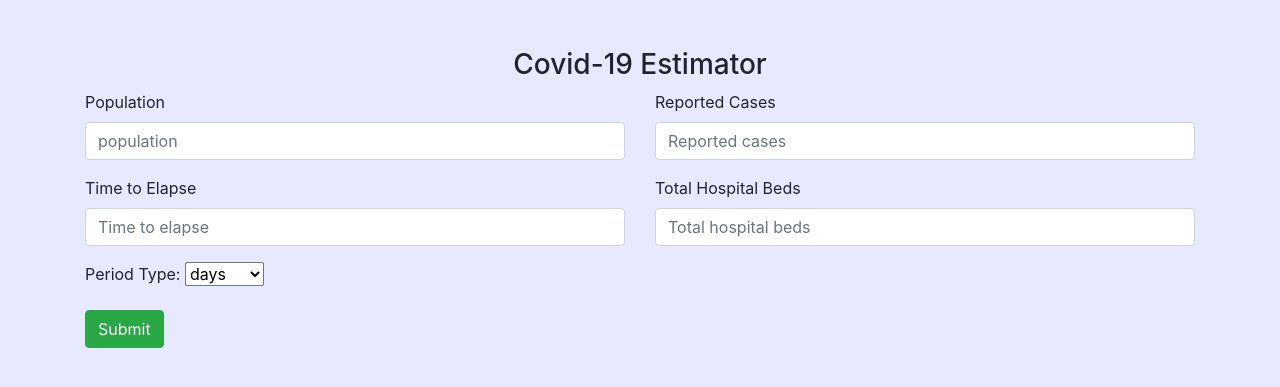
Repository: AbonyiXavier/FrontendUI--challenge-4
Page: index.html
An editor plug-in stored every save of this project. The page is shown before and after the next save, followed by the edit.
The browser window is 1280 px wide. The pictures show the whole page.

Above is the page before, as saved 2020-04-11 19:18:05.

### index.html
<!DOCTYPE html>
<html lang="en">
  <head>
    <meta charset="UTF-8" />
    <meta name="viewport" content="width=device-width, initial-scale=1.0" />
    <title>COVID-19 Estimator</title>
    <link rel="stylesheet" href="./CSS/bootstrap.css" />
    <link rel="stylesheet" href="./CSS/style.css" />
  </head>
  <body>
    <div class="container">
      <h3 class="text-center mt-5">Covid-19 Estimator</h3>
      <form>
        <div class="row">
          <div class="col-md-6">
            <div class="form-group">
              <label for="Population">Population</label>
              <input
                id="population"
                type="text"
                class="form-control"
                data-population
                required
                placeholder="population"
              />
            </div>
            <div class="form-group">
              <label for="Time to Elapse">Time to Elapse</label>
              <input
                id="time-to-Elapse"
                type="text"
                class="form-control"
                data-time-to-elapse
                required
                placeholder="Time to elapse"
              />
            </div>
          </div>
          <div class="col-md-6">
            <div class="form-group">
              <label for="Reported Cases">Reported Cases</label>
              <input
                id="reported-cases"
                type="text"
                class="form-control"
                data-reported-cases
                required
                placeholder="Reported cases"
              />
            </div>
            <div class="form-group">
              <label for="Total Hospital Beds">Total Hospital Beds</label>
              <input
                id="total-hospital-Beds"
                type="text"
                class="form-control"
                data-total-hospital-beds
                required
                placeholder="Total hospital beds"
              />
            </div>
          </div>
        </div>
        <div class="form-group">
          <label for="cars">Period Type:</label>
          <select id="periodType" data-period-type required>
            <option value="days">days</option>
            <option value="weeks">weeks</option>
            <option value="months">months</option>
          </select>
        </div>
        <button type="submit" class="btn btn-success" data-go-estimate>
          Submit
        </button>
      </form>
    </div>
    <script src="./js/jquery.js"></script>
    <script src="./js/bootstrap.js"></script>
  </body>
</html>

### CSS/style.css
body {
    background: #e6e9ff;
}

Loaded but not shown: CSS/bootstrap.css (library); js/jquery.js (library); js/bootstrap.js (library)

After the next save:
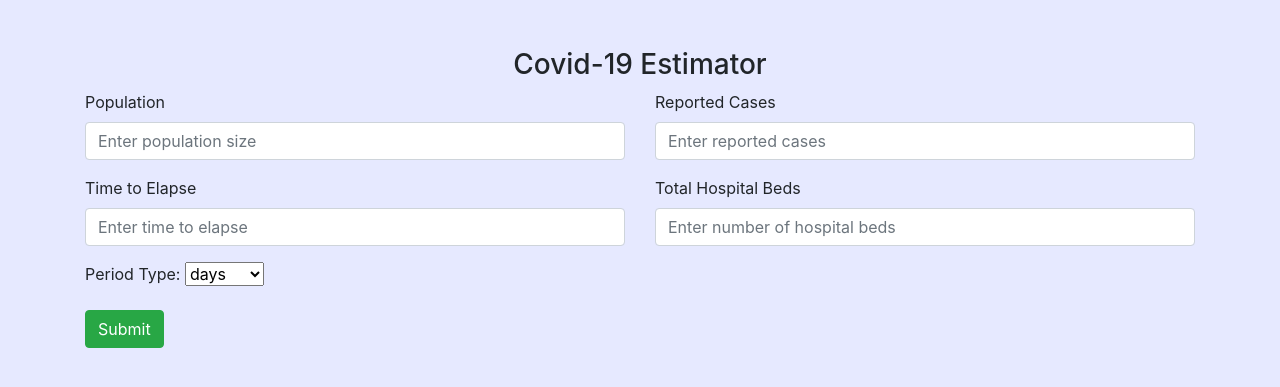
Saved 112 s later.
--- a/index.html
+++ b/index.html
@@ -21,7 +21,7 @@
                 class="form-control"
                 data-population
                 required
-                placeholder="population"
+                placeholder="Enter population size"
               />
             </div>
             <div class="form-group">
@@ -32,7 +32,7 @@
                 class="form-control"
                 data-time-to-elapse
                 required
-                placeholder="Time to elapse"
+                placeholder="Enter time to elapse"
               />
             </div>
           </div>
@@ -45,7 +45,7 @@
                 class="form-control"
                 data-reported-cases
                 required
-                placeholder="Reported cases"
+                placeholder="Enter reported cases"
               />
             </div>
             <div class="form-group">
@@ -56,7 +56,7 @@
                 class="form-control"
                 data-total-hospital-beds
                 required
-                placeholder="Total hospital beds"
+                placeholder="Enter number of hospital beds"
               />
             </div>
           </div>
